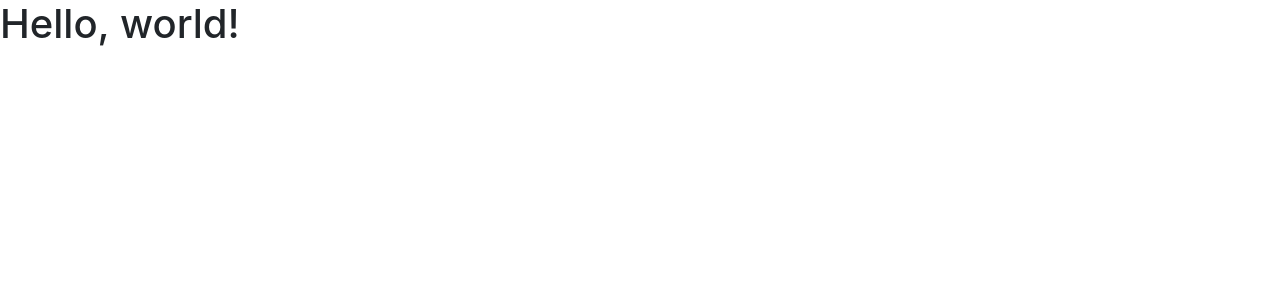
Repository: elrodriguez/uploadfile
Page: http://localhost/thesis
The author's editor kept a copy of each file at every save. The page is drawn from the files as they stood at one save, then again after the next save.
The browser window is 1280 px wide. The pictures show the whole page.
The page is served by the project's Laravel application, run on PHP 8.4 with Laravel 8. Other server files are loaded and not shown.

Above is the page before, as saved 2021-01-27 08:48:20.

### routes/web.php
<?php

use Illuminate\Support\Facades\Route;

/*
|--------------------------------------------------------------------------
| Web Routes
|--------------------------------------------------------------------------
|
| Here is where you can register web routes for your application. These
| routes are loaded by the RouteServiceProvider within a group which
| contains the "web" middleware group. Now create something great!
|
*/

Route::get('/', function () {
    return view('welcome');
});
Route::get('/thesis', function () {
    return view('thesis');
});

### resources/views/thesis.blade.php
<!doctype html>
<html lang="en">
  <head>
    <!-- Required meta tags -->
    <meta charset="utf-8">
    <meta name="viewport" content="width=device-width, initial-scale=1, shrink-to-fit=no">

    <!-- Bootstrap CSS -->
    <link rel="stylesheet" href="https://cdn.jsdelivr.net/npm/bootstrap@4.5.3/dist/css/bootstrap.min.css" integrity="sha384-TX8t27EcRE3e/ihU7zmQxVncDAy5uIKz4rEkgIXeMed4M0jlfIDPvg6uqKI2xXr2" crossorigin="anonymous">

    <title>Hello, world!</title>
  </head>
  <body>
    <h1>Hello, world!</h1>

    <!-- Optional JavaScript; choose one of the two! -->

    <!-- Option 1: jQuery and Bootstrap Bundle (includes Popper) -->
    <script src="https://code.jquery.com/jquery-3.5.1.slim.min.js" integrity="sha384-DfXdz2htPH0lsSSs5nCTpuj/zy4C+OGpamoFVy38MVBnE+IbbVYUew+OrCXaRkfj" crossorigin="anonymous"></script>
    <script src="https://cdn.jsdelivr.net/npm/bootstrap@4.5.3/dist/js/bootstrap.bundle.min.js" integrity="sha384-ho+j7jyWK8fNQe+A12Hb8AhRq26LrZ/JpcUGGOn+Y7RsweNrtN/tE3MoK7ZeZDyx" crossorigin="anonymous"></script>

    <!-- Option 2: jQuery, Popper.js, and Bootstrap JS
    <script src="https://code.jquery.com/jquery-3.5.1.slim.min.js" integrity="sha384-DfXdz2htPH0lsSSs5nCTpuj/zy4C+OGpamoFVy38MVBnE+IbbVYUew+OrCXaRkfj" crossorigin="anonymous"></script>
    <script src="https://cdn.jsdelivr.net/npm/popper.js@1.16.1/dist/umd/popper.min.js" integrity="sha384-9/reFTGAW83EW2RDu2S0VKaIzap3H66lZH81PoYlFhbGU+6BZp6G7niu735Sk7lN" crossorigin="anonymous"></script>
    <script src="https://cdn.jsdelivr.net/npm/bootstrap@4.5.3/dist/js/bootstrap.min.js" integrity="sha384-w1Q4orYjBQndcko6MimVbzY0tgp4pWB4lZ7lr30WKz0vr/aWKhXdBNmNb5D92v7s" crossorigin="anonymous"></script>
    -->
  </body>
</html>

After the next save:
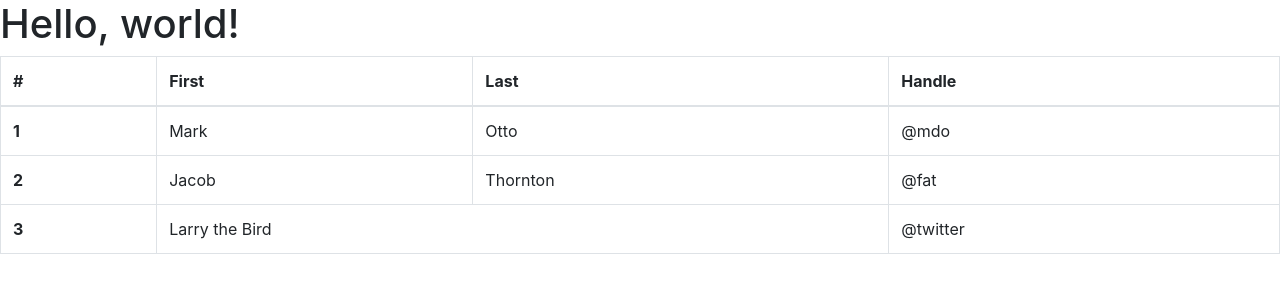
Saved 65 s later.
--- a/resources/views/thesis.blade.php
+++ b/resources/views/thesis.blade.php
@@ -13,6 +13,35 @@
   <body>
     <h1>Hello, world!</h1>
 
+    <table class="table table-bordered">
+        <thead>
+          <tr>
+            <th scope="col">#</th>
+            <th scope="col">First</th>
+            <th scope="col">Last</th>
+            <th scope="col">Handle</th>
+          </tr>
+        </thead>
+        <tbody>
+          <tr>
+            <th scope="row">1</th>
+            <td>Mark</td>
+            <td>Otto</td>
+            <td>@mdo</td>
+          </tr>
+          <tr>
+            <th scope="row">2</th>
+            <td>Jacob</td>
+            <td>Thornton</td>
+            <td>@fat</td>
+          </tr>
+          <tr>
+            <th scope="row">3</th>
+            <td colspan="2">Larry the Bird</td>
+            <td>@twitter</td>
+          </tr>
+        </tbody>
+      </table>
     <!-- Optional JavaScript; choose one of the two! -->
 
     <!-- Option 1: jQuery and Bootstrap Bundle (includes Popper) -->
